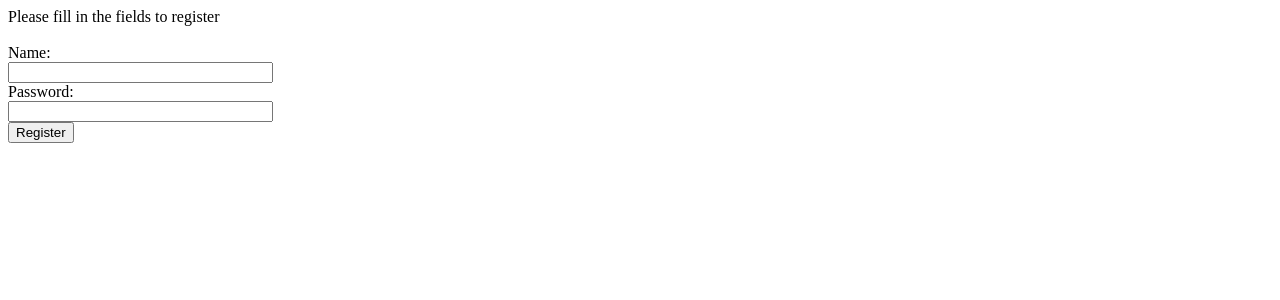
Repository: marcojansen/WebTechnologie2.1
Page: TheRoomRental/WebContent/register.html
The author's editor kept a copy of each file at every save. The page is drawn from the files as they stood at one save, then again after the next save.
The browser window is 1280 px wide. The pictures show the whole page.

Above is the page before, as saved 2014-09-02 11:37:14.

After the next save:
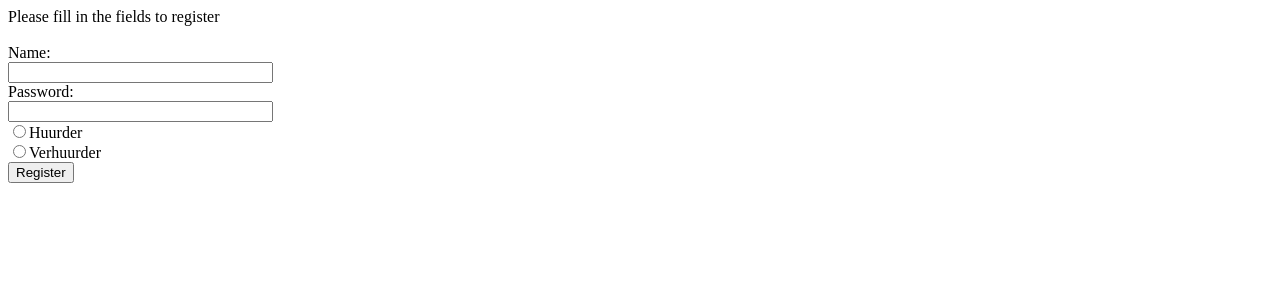
Saved 2 min 31 s later.
--- a/TheRoomRental/WebContent/register.html
+++ b/TheRoomRental/WebContent/register.html
@@ -9,6 +9,8 @@ Please fill in the fields to register <BR><BR>
 <FORM method = "get" action = "login.html">
 Name: <BR> <INPUT TYPE="text" NAME="Name" SIZE="30"><BR>
 Password: <BR> <Input TYPE="password" NAME="Password" SIZE="30"><BR>
+<input type="radio" name="sex" value="male">Huurder<br>
+<input type="radio" name="sex" value="female">Verhuurder<br>
 <input type="submit" value="Register">
 </FORM>
 
